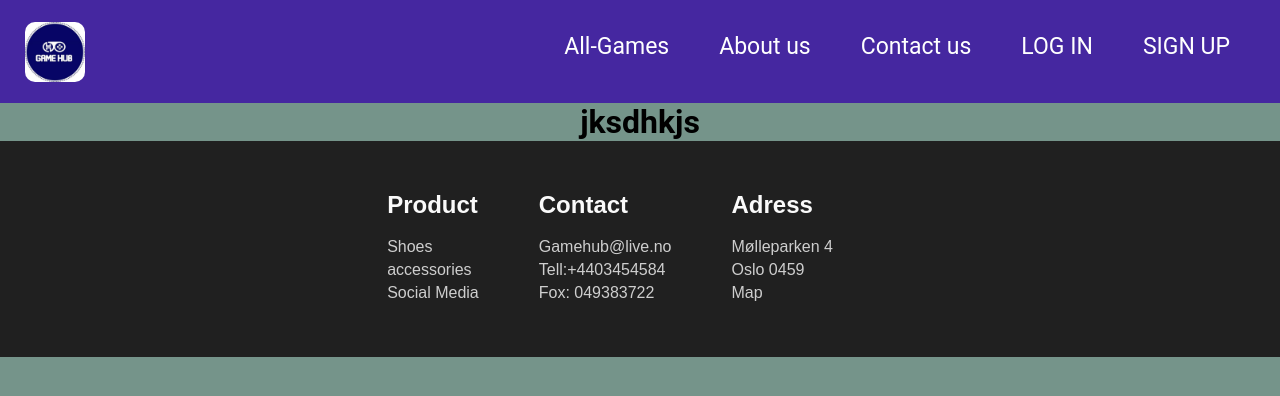
Repository: Fariaddd/HTML-CSS-reset
Page: sign.html
An editor plug-in stored every save of this project. The page is shown before and after the next save, followed by the edit.
The browser window is 1280 px wide. The pictures show the whole page.

Above is the page before, as saved 2022-04-30 17:14:10.
Console error: TypeError: Cannot read properties of null (reading 'addEventListener')

### sign.html
<!DOCTYPE html>
<html lang="en">
<head>
    <meta charset="UTF-8">
    <meta http-equiv="X-UA-Compatible" content="IE=edge">
    <meta name="viewport" content="width=device-width, initial-scale=1.0">
    <title>SIGNUP</title>
   <link rel="stylesheet" href="style/index.css">

    <script defer src="script/login.js"></script>
</head>
<body>
    <header class="header">
        <div class="logo">
          <a href="./index.html">
            <img src="./img/Gamehub.png" alt="Gamehub-logo"
          /></a>
        </div>
        <div class="navigation">
            <input type="chechbox"
            class="toggle-menu">
            <div class="hamburger"></div>
          <ul class="menu">
            <li><a href="./all-games.html">All-Games</a></li>
            <li><a href="./about.html">About us</a></li>
            <li><a href="./concats.html">Contact us</a></li>
          </ul>
          <ul class="menu ">
              <li>
                <a href="./login.html" >LOG IN</a>
              </li>
              <li>
                <a href="./sign.html" >SIGN UP</a>
              </li>
        </div>
      </header>
      <main>
        <div class="text-container">
          <h1>jksdhkjs</h1>
        </div>

      </main>
      <footer>
        <div class="footer-container">
          <nav class="footer-navv">
            <ul>
              <h3>Product</h3>
              <br/>
              <li>Shoes</li>
              <li>accessories</li>
              <li>Social Media</li>
            </ul>
          </nav>
          <nav class="footer-navv">
            <ul>
              <h3>Contact</h3>
              <br>
              <li>Gamehub@live.no</li>
              <li>Tell:+4403454584</li>
              <li>Fox: 049383722</li>
            </ul>
          </nav>
          <nav class="footer-navv">
            <ul>
              <h3>Adress</h3>
              <br>
              <li>Mølleparken 4</li>
              <li>Oslo 0459 </li>
              <li>Map</li>
            </ul>
          </nav>
        </div>
    </footer>
</body>
</html>

### style/index.css
/*@import url("https://fonts.googleepis.com/css?family=roboto:300,400,500,600,700,800,900&display=swap");*/

* {
  font-family: "Roboto";
  margin: 0;
  padding: 0;
  box-sizing: border-box;
}

body {
  background-color: rgb(117, 148, 138);
}
.header {
  position: relative;
  width: 100%;
  display: flex;
  justify-content: space-between;
  align-items: center;
  background: #4527a0;
  padding: 0 25px;
  transition: 0.3s;
}

.logo a {
  display: block;
}

.logo a img {
  display: block;
  width: 60px;
  border-radius: 10px;
}

.navigation {
  display: flex;
  justify-content: space-between;
  align-items: center;
}
.menu {
  display: flex;
  justify-content: center;
  flex-direction: row;
  align-items: center;
  z-index: 1;
  transition: 0.5s;
}

.menu li {
  list-style-type: none;
}

.menu li a {
  color: #fff;
  text-decoration: none;
  display: block;
  padding: 30px 15px;
  font-size: 23px;
  line-height: 1;
  transition: 0.3s;
  padding: 35px 25px 45px 25px;
}

.menu li a:hover {
  box-shadow: 0 -5px 0 #fff inset, 500px 0 0 rgba(255, 255, 255, 0.03) inset;
}

.links {
  background-color: black;
  font-weight: bold;
  text-decoration: none;
  list-style-type: none;
}

.hamburger {
  position: relative;
  width: 30px;
  height: 4px;
  background: #fff;
  border-radius: 10px;
  cursor: pointer;
  z-index: 2;
  transition: 0.3s;
}

.hamburger:before,
.hamburger:after {
  content: "";
  position: absolute;
  height: 4px;
  right: 0;
  background: #fff;
  border-radius: 10px;
  transition: 0.3s;
}

.hamburger:before {
  top: -10px;
  width: 20px;
}
.hamburger:after {
  top: 10px;
  width: 20px;
}

.toggle-menu {
  position: absolute;
  width: 30px;
  height: 100%;
  z-index: 3;
  cursor: pointer;
  opacity: 0;
}

.hamburger,
.toggle-menu {
  display: none;
}

.navigation input:checked ~ .hamburger {
  background: transparent;
}

.navigation input:checked ~ .hamburger:before {
  top: 0;
  transform: rotate(-45deg);
  width: 30px;
}
.navigation input:checked ~ .hamburger:after {
  top: 0;
  transform: rotate(45deg);
  width: 30px;
}

.navigation input:checked ~ .menu {
  right: 0;
  box-shadow: -20px 0 40px rgba(0, 0, 0, 0.3);
}

/* main section */

.container {
  display: flex;
  justify-content: center;

  margin: 50px 100px;
}

.div-container {
  margin: 5px;
  width: 100%;
}

.img {
  width: 100%;
  height: 250px;
  object-fit: cover;
}

.text {
  margin-left: 10px;
}

button {
  margin-top: 10px;
  width: 150px;
  height: 40px;
}

h1 {
  text-align: center;
  text-decoration: none;
}
h2 {
  margin: 0;
}
p {
  margin: 0;
}
@media screen and (max-width: 768px) {
  .container {
    flex-direction: column;
    margin: 0px;
    text-align: center;
  }
}

/*footer*/

.footer-container {
  height: auto;
  background-color: rgb(32, 32, 32);
  display: flex;
  justify-content: center;
}

.footer-navv {
  margin: 50px 60px 50px 0px;
}
h3 {
  font-family: "League Spartan", sans-serif;
  font-size: 24px;
  color: rgb(250, 250, 250);
}

.footer-navv li {
  color: rgb(206, 206, 206);
  text-decoration: none;
  list-style: none;
  font-family: "League Spartan", sans-serif;
  font-size: 16px;
  margin-bottom: 5px;
}

@media screen and (max-width: 768px) {
  .footer-nav:nth-child(1) {
    display: none;
  }
}
@media screen and (max-width: 460px) {
  .footer-container {
    flex-direction: column;
    align-items: center;
  }
}

@media screen and (max-width: 768px) {
  .hamburger,
  .toggle-menu {
    display: block;
  }

  .header {
    padding: 10px 20px;
  }
  .menu {
    justify-content: start;
    flex-direction: column;
    align-items: center;
    position: fixed;
    top: 0;
    right: -300px;
    background: #4527a0;
    width: 300px;
    height: 100%;
    padding-top: 65px;
  }
  .menu li {
    width: 100%;
  }
  .menu li a,
  .menu li a:hover {
    padding: 30px;
    font-size: 24px;
    box-shadow: 0 1px 0 rgba(255, 255, 255, 0.1);
  }
}

/*Buy-game page*/
.img {
  background-image: url(/img/game.png);
}

### script/login.js
const email = document.getElementById("email")
const password = document.getElementById("password")
const form = document.getElementById("form")
const errorElement = document.getElementById("error")


form.addEventListener("logginn", (e) => {
    let messages = []
    if (email.value === "" || email.value == null) {
        console.log("Email is required");
    }

    if (password.value.length > 0) {
        console.log("Password is required");
    }
})

After the next save:
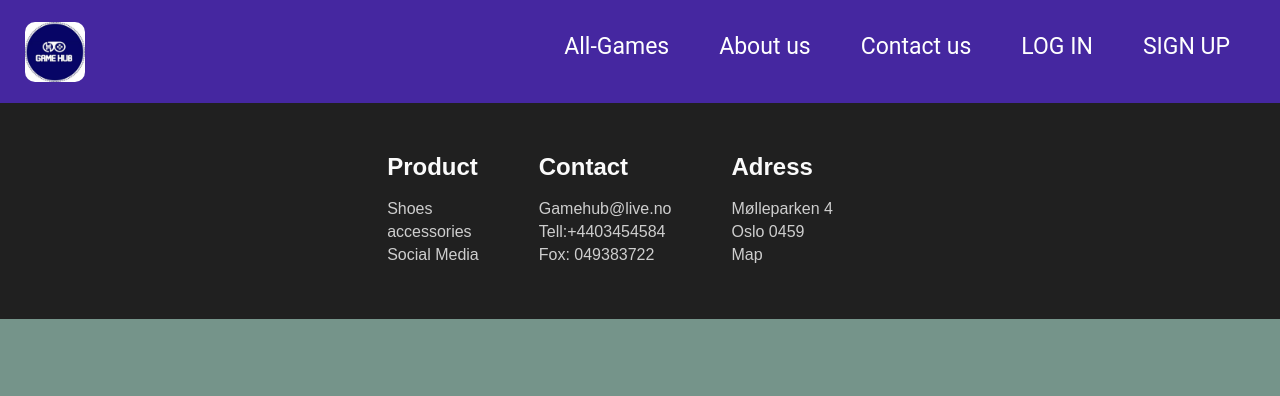
Saved 8 s later.
--- a/sign.html
+++ b/sign.html
@@ -36,7 +36,7 @@
       </header>
       <main>
         <div class="text-container">
-          <h1>jksdhkjs</h1>
+
         </div>
 
       </main>

After the save that followed:
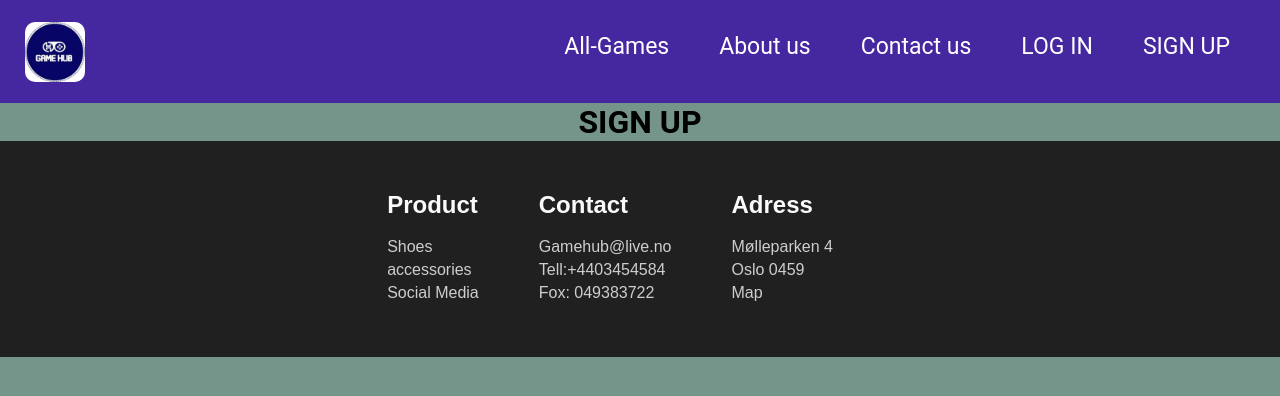
The error is gone.
Saved 72 s later.
--- a/sign.html
+++ b/sign.html
@@ -36,8 +36,9 @@
       </header>
       <main>
         <div class="text-container">
-
+          <h1>SIGN UP</h1>
         </div>
+        <form id="form"></form>
 
       </main>
       <footer>
